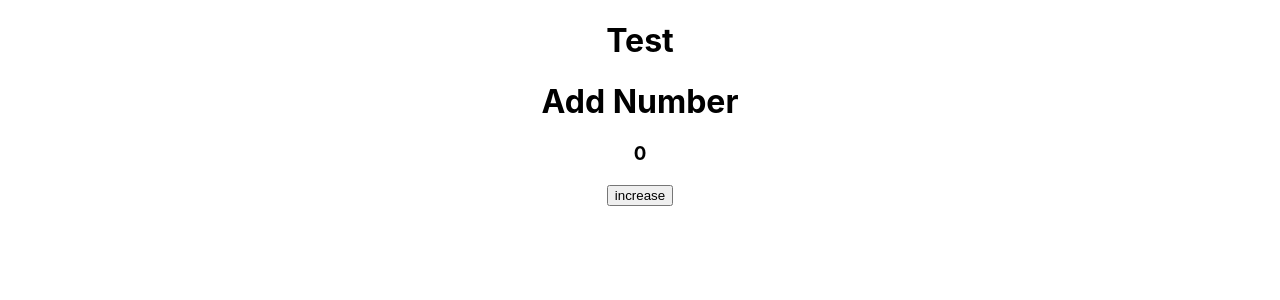
Repository: FbW-E01/spa-components-lotto-gronger
Page: / (app in hello/)
These files come from the project's save history. The page is drawn as it stood at one moment and after the next save; the edit follows.
The browser window is 1280 px wide. The pictures show the whole page.
The project was rebuilt for these pictures with package versions that can differ from the ones it lists, and the page was loaded fresh each time.

Above is the page before, as saved 2021-07-07 13:21:06.

After the next save:
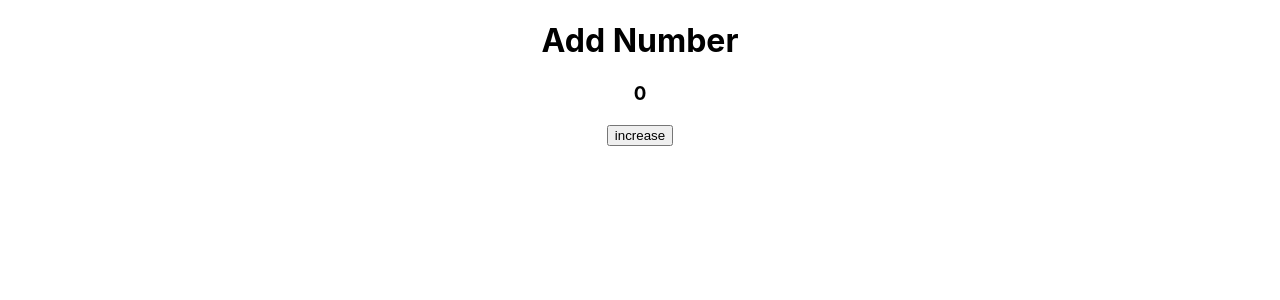
Saved 6 s later.
--- a/hello/src/components/component1.jsx
+++ b/hello/src/components/component1.jsx
@@ -13,7 +13,6 @@ export default class Component1 extends Component {
     render() {
         return (
             <div>
-               <h1>Test</h1>
                <h1>Add Number</h1>
                 <h3>{this.state.num}</h3>
                 <button onClick={this.increaseNumber}>
